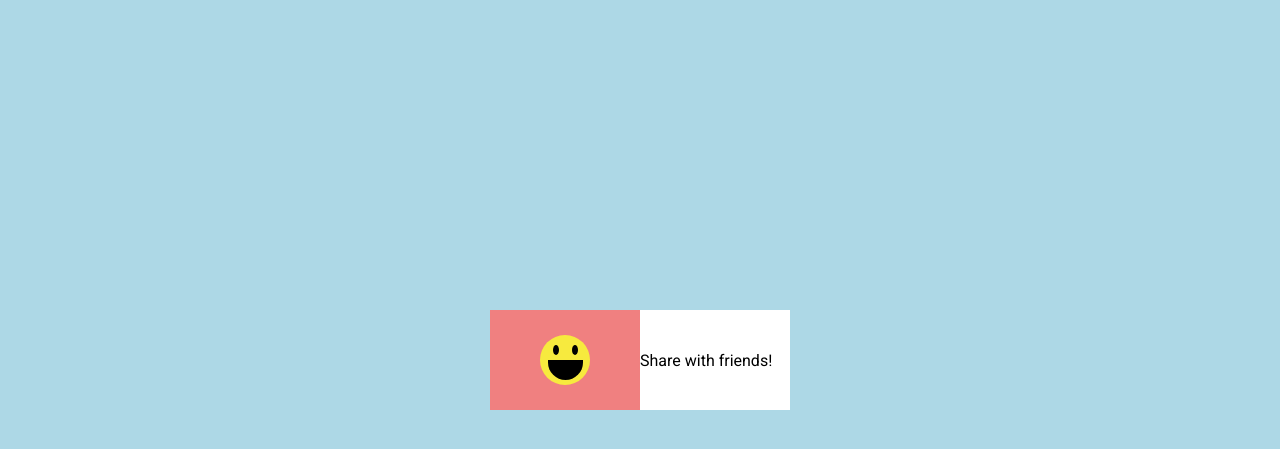
Repository: safak/animation
Page: index.html
An editor plug-in stored every save of this project. The page is shown before and after the next save, followed by the edit.
The browser window is 1280 px wide. The pictures show the whole page.

Above is the page before, as saved 2020-12-19 00:29:21.

After the next save:
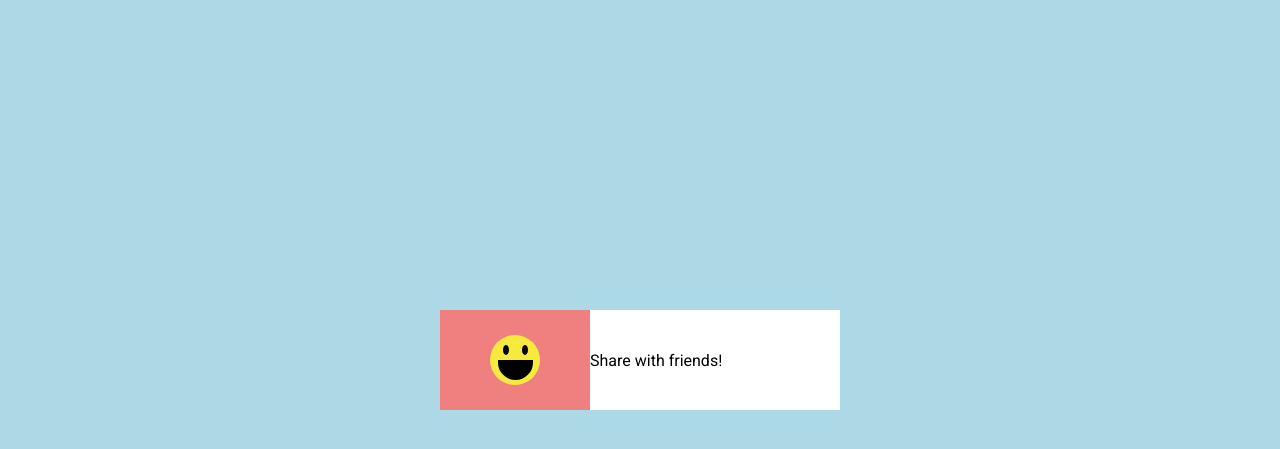
Saved 8 s later.
--- a/style.css
+++ b/style.css
@@ -13,7 +13,7 @@ body {
 }
 
 .container{
-  width: 300px;
+  width: 400px;
   display: flex;
   align-items: center;
   background-color: white;
